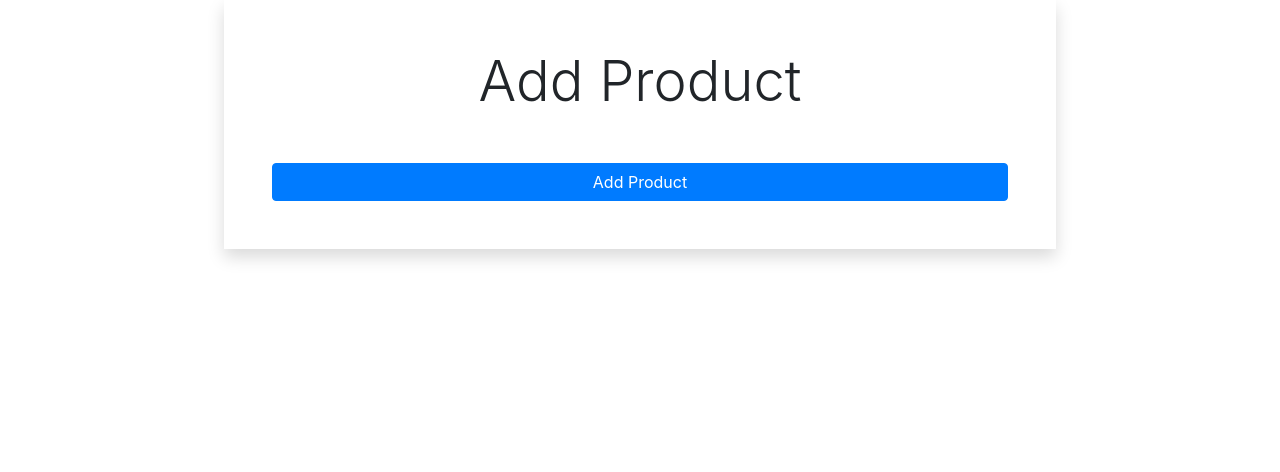
Repository: tammv/crud_product
Page: /products/add
These files come from the project's save history. The page is drawn as it stood at one moment and after the next save; the edit follows.
The browser window is 1280 px wide. The pictures show the whole page.
The project was rebuilt for these pictures with package versions that can differ from the ones it lists, and the page was loaded fresh each time. Also part of the build but not shown: src/index.css, src/components/pages/ManageProduct.js, src/components/pages/NotFound.js, src/components/products/UpdateProduct.js, src/components/products/Product.js, src/components/layout/Navbar.js.

Above is the page before, as saved 2023-07-10 20:13:19.

After the next save:
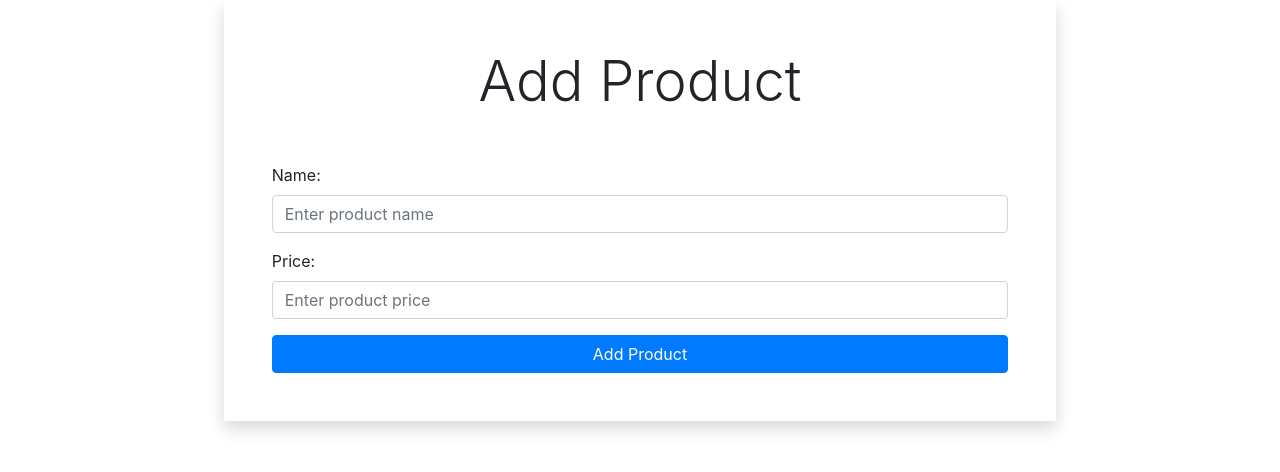
Saved 4 min 25 s later.
--- a/src/components/products/AddProduct.js
+++ b/src/components/products/AddProduct.js
@@ -1,10 +1,9 @@
 import axios from "axios";
-import { Button } from "bootstrap";
 import React, { useState } from "react";
 import { useNavigate } from "react-router-dom";
 
 const AddProduct = () => {
-  let history = useNavigate();
+  let navigate = useNavigate();
 
   const [product, setProduct] = useState({
     name: "",
@@ -20,23 +19,49 @@ const AddProduct = () => {
 
   const onSubmit = async (e) => {
     e.preventDefault();
-    await axios.post("http://localhost:3000/products", product);
-    setSuccessMessage("Product added successfully!"); // Set the success message
-    setTimeout(() => {
-      setSuccessMessage(""); // Clear the success message after a certain time
-      history("/");
-    }, 3000);
+    try {
+      await axios.post("http://localhost:3000/products", product);
+      setSuccessMessage("Product added successfully!");
+      setTimeout(() => {
+        setSuccessMessage("");
+        navigate("/");
+      }, 3000);
+    } catch (error) {
+      console.error(error);
+    }
   };
 
   return (
     <div className="container">
       <div className="w-75 mx-auto shadow p-5">
         <h1 className="display-4 text-center mb-5">Add Product</h1>
-        {successMessage && <div className="alert alert-success">{successMessage}</div>}{" "}
-        {/* Display the success message */}
-        <form onSubmit={(e) => onSubmit(e)}>
-          {/* Form inputs */}
-          <button className="btn btn-primary btn-block">Add Product</button>
+        {successMessage && <div className="alert alert-success">{successMessage}</div>}
+        <form onSubmit={onSubmit}>
+          <div className="form-group">
+            <label>Name:</label>
+            <input
+              type="text"
+              className="form-control"
+              name="name"
+              value={name}
+              onChange={onInputChange}
+              placeholder="Enter product name"
+            />
+          </div>
+          <div className="form-group">
+            <label>Price:</label>
+            <input
+              type="text"
+              className="form-control"
+              name="price"
+              value={price}
+              onChange={onInputChange}
+              placeholder="Enter product price"
+            />
+          </div>
+          <button type="submit" className="btn btn-primary btn-block">
+            Add Product
+          </button>
         </form>
       </div>
     </div>
